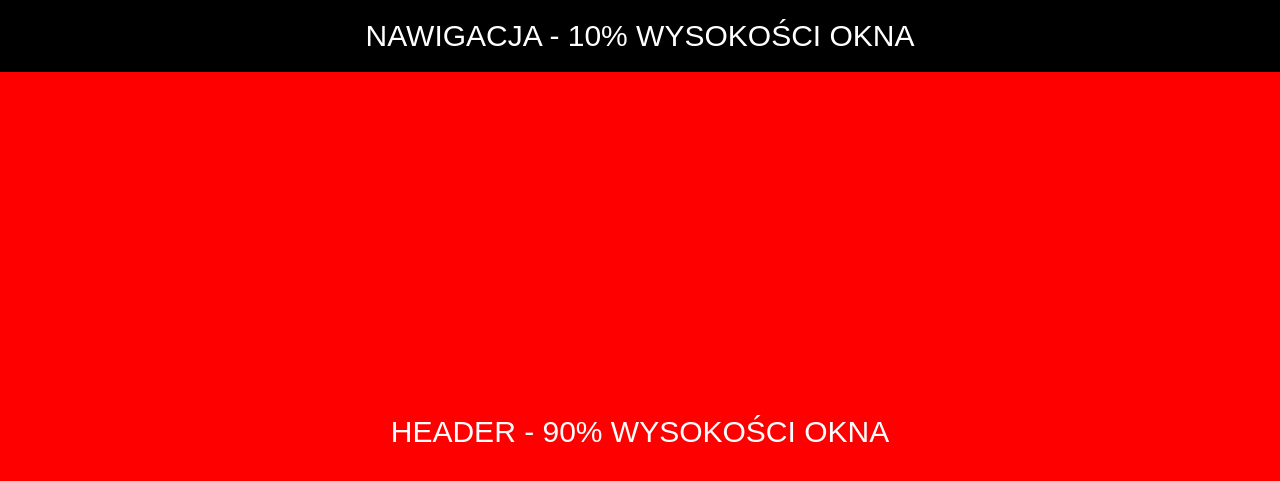
Repository: jasonj2333/advance_CSS
Page: 01-Header, Nav/start.html
The author's editor kept a copy of each file at every save. The page is drawn from the files as they stood at one save, then again after the next save.
The browser window is 1280 px wide. The pictures show the window.
A layer covers the whole window, so only the first screen is drawn.

Above is the page before, as saved 2019-04-23 19:18:21.

### 01-Header, Nav/start.html
<!DOCTYPE html>
<html lang="pl">

<head>
    <meta charset="UTF-8">
    <title>Najeżdzanie na header, nav przypięty</title>
    <style>
        * {
            margin: 0;
            padding: 0;
            box-sizing: border-box;
        }

        :root {
            --navHeight: 10vh;
            --headerHeight: 90vh
        }

        html {
            text-align: center;
            color: white;
            font-size: 30px;
            text-transform: uppercase;
            font-family: arial;

        }

        nav,
        header {
            position: fixed;
            width: 100%;
        }

        nav {
            top: 0;
            left: 0;
            background-color: #000;
            height: var(--navHeight);
            z-index: 2;
            line-height: 10vh;
        }

        header {
            background-color: rgb(255, 0, 0);
            height: 90vh;
            top: var(--navHeight);
            left: 0;
            line-height: 100vh;
        }


        main {
            position: relative;
            top: 100vh;
            height: 200vh;
            background-image: linear-gradient(45deg, green 0%, blue 40%, violet 70%, yellow 100%);
            line-height: 200vh;
        }
    </style>
</head>

<body>
    <nav>
        Nawigacja - 10% wysokości okna
    </nav>
    <header>
        Header - 90% wysokości okna
    </header>
    <main>
        Główna zawartość - 100% wysokości okna
    </main>
</body>

</html>

After the next save:
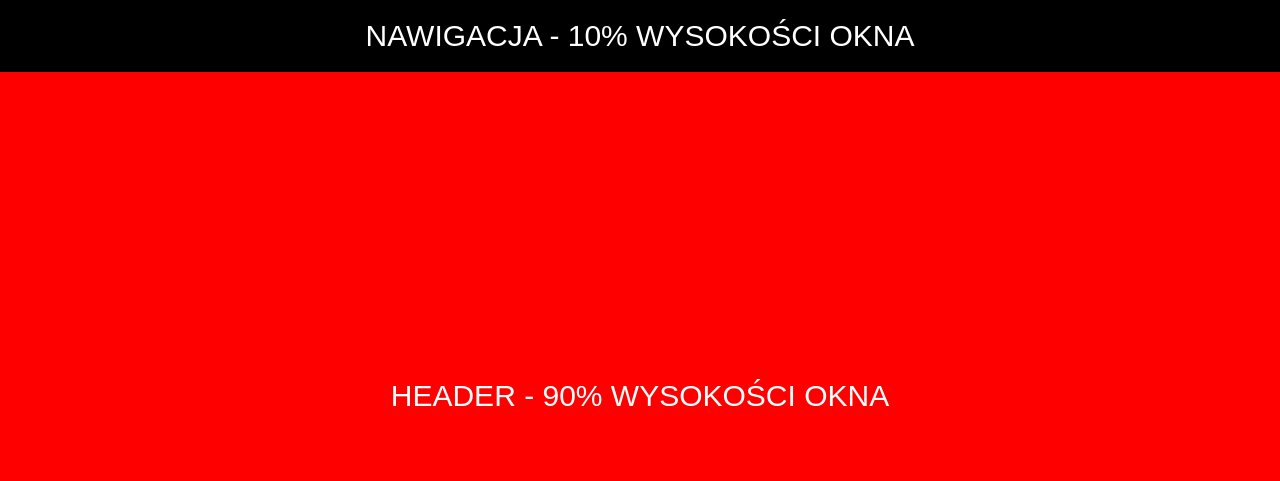
Saved 15 s later.
--- a/01-Header, Nav/start.html
+++ b/01-Header, Nav/start.html
@@ -45,7 +45,7 @@
             height: 90vh;
             top: var(--navHeight);
             left: 0;
-            line-height: 100vh;
+            line-height: 90vh;
         }
 
 
